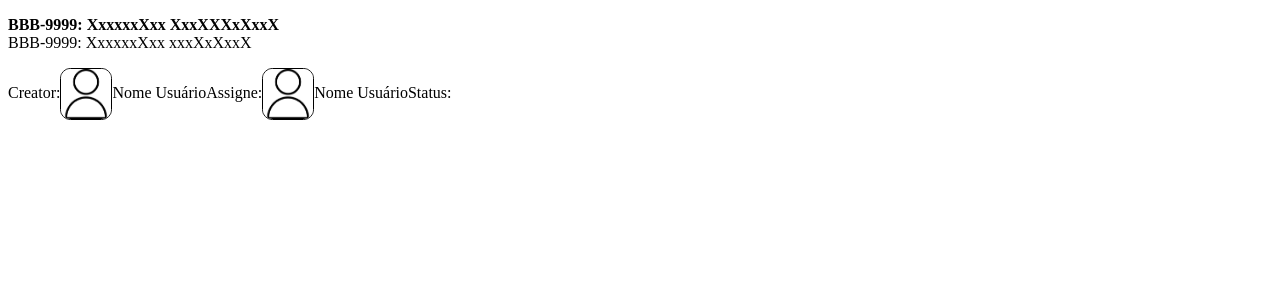
Repository: AnaBerlanda/PaginaFer
Page: index.html
An editor plug-in stored every save of this project. The page is shown before and after the next save, followed by the edit.
The browser window is 1280 px wide. The pictures show the whole page.

Above is the page before, as saved 2022-05-20 15:28:33.

### index.html
<!DOCTYPE html>
<html lang="en">
<head>
    <meta charset="UTF-8">
    <meta http-equiv="X-UA-Compatible" content="IE=edge">
    <meta name="viewport" content="width=device-width, initial-scale=1.0">
    <link type="text/css" rel="stylesheet" href="index.css">
    <title>Release</title>
</head>
<body>
    <p>
        <strong>BBB-9999: XxxxxxXxx XxxXXXxXxxX</strong><br>
        BBB-9999: XxxxxxXxx xxxXxXxxX
    </p>
    <div class="container">
        <div class="textos">
        <p class="sub-titulos">Creator:</p>
        </div>
        <div class="imagem">
            <img src="imagem/Icone-usuario-Png-1024x1024.png">
        </div>
        <div class="nome-usuario">
            <p>Nome Usuário</p>
        </div>
        <div class="textos">
            <p class="sub-titulos">Assigne:</p>
        </div>
            <div class="imagem">
                <img src="imagem/Icone-usuario-Png-1024x1024.png">
            </div>
            <div class="nome-usuario">
                <p>Nome Usuário</p>
            </div>
        <div class="textos">
            <p class="sub-titulos">Status:</p>
        </div>


    </div>












</body>
</html>

### index.css
.container{
    display: flex;
}
.imagem img{
    width: 50px;
    height: 50px;
    border-radius: 20%;
    border: 1px solid black;
}

After the next save:
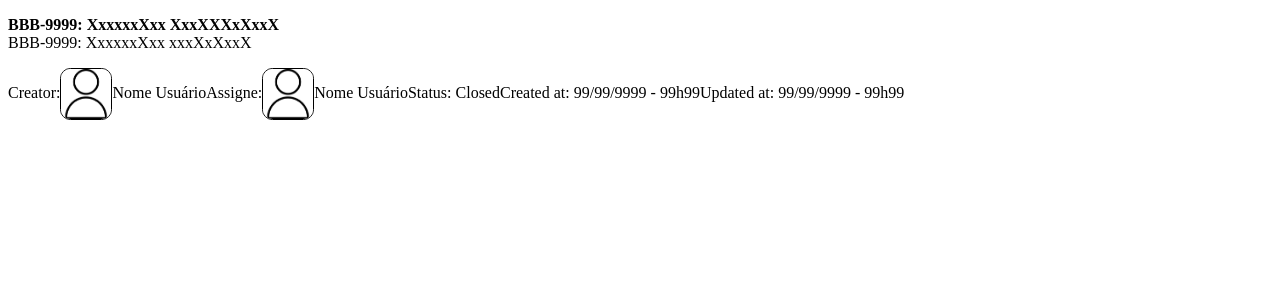
Saved 96 s later.
--- a/index.html
+++ b/index.html
@@ -32,7 +32,13 @@
                 <p>Nome Usuário</p>
             </div>
         <div class="textos">
-            <p class="sub-titulos">Status:</p>
+            <p class="sub-titulos">Status: Closed</p>
+        </div>
+        <div class="textos">
+            <p class="sub-titulos">Created at: 99/99/9999 - 99h99</p>
+        </div>
+        <div class="textos">
+            <p class="sub-titulos">Updated at: 99/99/9999 - 99h99</p>
         </div>
 
 
